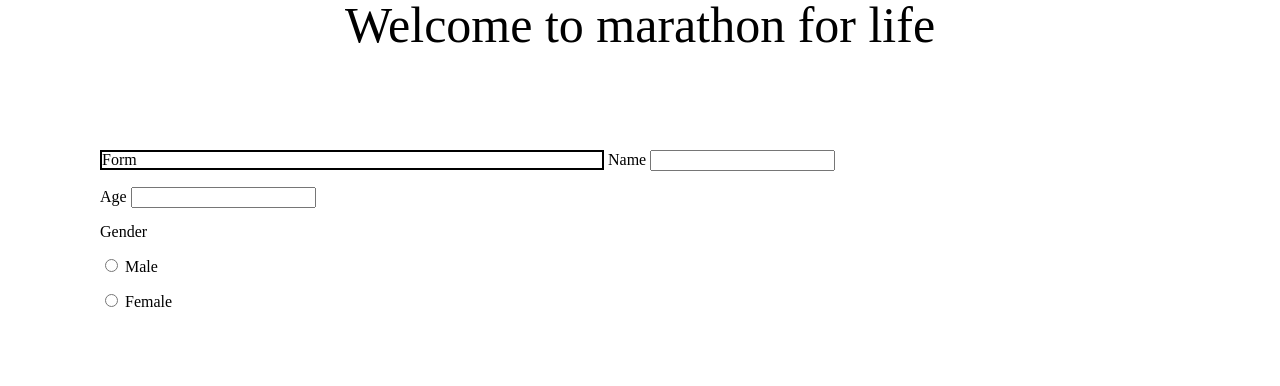
Repository: Razan-am/exam-practice
Page: marathon.html
The author's editor kept a copy of each file at every save. The page is drawn from the files as they stood at one save, then again after the next save.
The browser window is 1280 px wide. The pictures show the whole page.

Above is the page before, as saved 2021-05-31 14:25:21.

After the next save:
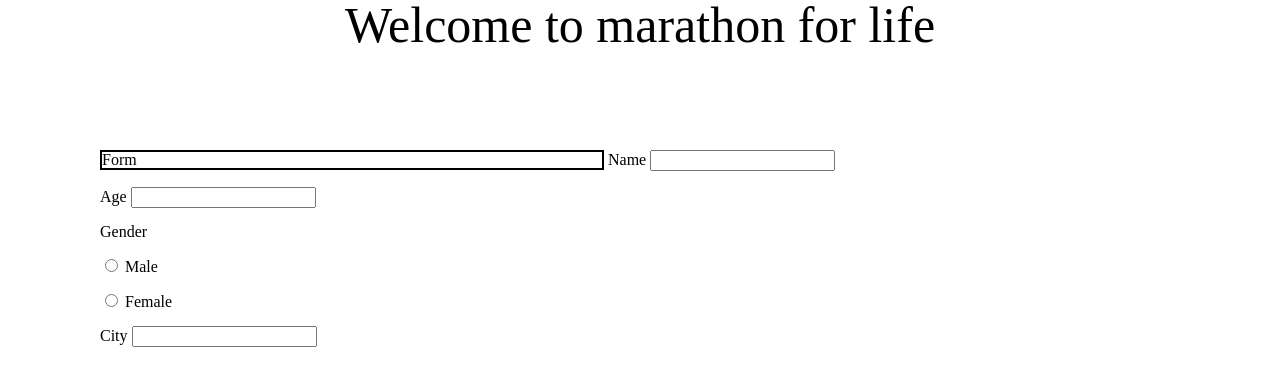
Saved 34 s later.
--- a/marathon.html
+++ b/marathon.html
@@ -28,6 +28,9 @@
             <br/><br/>
             <input type="radio" id="female" name="gender" value="female">
             <label for="gender">Female</label>
+            <br/><br/>
+            <label for="city">City</label>
+            <input type="text" id="city" name="city">
         </form>
     </main>
     <footer></footer>
